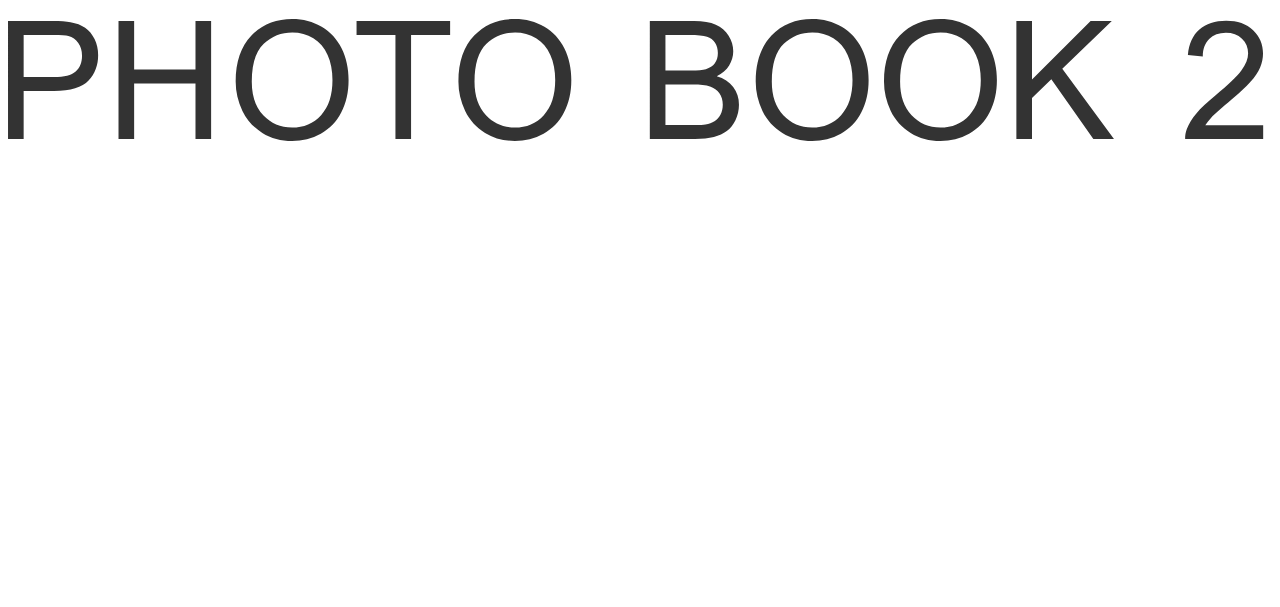
Repository: Fuki-san/photo-book-2
Page: http://localhost/photobook
An editor plug-in stored every save of this project. The page is shown before and after a run of saves, followed by the edit.
The browser window is 1280 px wide. The pictures show the whole page.
The page is served by the project's Laravel application, run on PHP 8.4 with Laravel 10. Other server files are loaded and not shown.

Above is the page before, as saved 2023-11-29 19:42:00.

### routes/web.php
<?php

use Illuminate\Support\Facades\Route;

/*
|--------------------------------------------------------------------------
| Web Routes
|--------------------------------------------------------------------------
|
| Here is where you can register web routes for your application. These
| routes are loaded by the RouteServiceProvider and all of them will
| be assigned to the "web" middleware group. Make something great!
|
*/

Route::get('/', function () {
    return view('welcome');
});

Route::get('photobook', function() {
    return view('photobook');
})->name('photobook');

### resources/views/photobook.blade.php
@extends('layouts.main')

@section('title', 'photobook')

@section('content')
    <div class="container">
        <header id="header">
            <h1 class="site-title"><a href="#"><img src="img/logo.svg" alt=""></a></h1>
        </header>

        <main>
            <div id="mainvisual">
                <img src="img/" alt="">
            </div>
        </main>

        <footer id="footer"></footer>

    </div>
@endsection

### resources/views/layouts/main.blade.php
<!DOCTYPE html>
<html lang="ja">
<head>
    <meta charset="UTF-8">
    <meta name="viewport" content="width=device-width, initial-scale=1.0">
    <meta http-equiv="X-UA-Compatible" content="ie=edge">
    <link rel="stylesheet" href="{{ asset('css/reset.css') }}">
    <link rel="stylesheet" href="{{ asset('css/style.css') }}">
    <link rel="icon" href="img/favicon.ico">
    <title>@yield('title')</title>
</head>
<body>
    @yield('content')
</body>
</html>

### public/css/style.css
@charset "utf-8";

html{
    font-size: 100%;
}
body{
    color: #333;
    font-size: 0.875rem;
}
img{
    max-width: 100%;
}

### public/img/logo.svg
<?xml version="1.0" encoding="utf-8"?>
<!-- Generator: Adobe Illustrator 15.1.0, SVG Export Plug-In . SVG Version: 6.00 Build 0)  -->
<!DOCTYPE svg PUBLIC "-//W3C//DTD SVG 1.1//EN" "http://www.w3.org/Graphics/SVG/1.1/DTD/svg11.dtd">
<svg version="1.1" id="レイヤー_1" xmlns="http://www.w3.org/2000/svg" xmlns:xlink="http://www.w3.org/1999/xlink" x="0px"
	 y="0px" width="1600px" height="156px" viewBox="0 0 1600 156" enable-background="new 0 0 1600 156" xml:space="preserve">
<g>
	<path fill="#333333" d="M0,152.092V2.65h56.373c9.92,0,17.498,0.477,22.731,1.428c7.34,1.223,13.49,3.552,18.451,6.982
		c4.96,3.433,8.953,8.241,11.978,14.425c3.022,6.185,4.536,12.98,4.536,20.387c0,12.709-4.043,23.463-12.129,32.264
		c-8.09,8.802-22.699,13.202-43.834,13.202h-38.33v60.754H0z M19.775,73.702h38.636c12.775,0,21.847-2.379,27.217-7.136
		c5.369-4.757,8.053-11.451,8.053-20.082c0-6.252-1.581-11.604-4.741-16.056c-3.16-4.45-7.324-7.391-12.487-8.817
		c-3.33-0.883-9.481-1.325-18.452-1.325H19.775V73.702z"/>
	<path fill="#333333" d="M139.859,152.092V2.65h19.776v61.367h77.677V2.65h19.775v149.441h-19.775V81.652h-77.677v70.439H139.859z"
		/>
	<path fill="#333333" d="M288.174,79.309c0-24.805,6.66-44.224,19.98-58.258C321.473,7.019,338.667,0,359.735,0
		c13.795,0,26.232,3.298,37.309,9.889c11.076,6.593,19.521,15.784,25.332,27.574c5.811,11.791,8.716,25.163,8.716,40.112
		c0,15.155-3.059,28.713-9.175,40.674c-6.116,11.961-14.781,21.016-25.993,27.166c-11.214,6.15-23.311,9.226-36.291,9.226
		c-14.067,0-26.641-3.398-37.717-10.194c-11.079-6.794-19.471-16.071-25.179-27.829C291.029,104.86,288.174,92.425,288.174,79.309z
		 M308.562,79.614c0,18.01,4.843,32.197,14.527,42.559c9.684,10.364,21.831,15.546,36.442,15.546
		c14.884,0,27.131-5.231,36.75-15.699c9.615-10.464,14.423-25.313,14.423-44.546c0-12.165-2.057-22.784-6.167-31.856
		c-4.112-9.071-10.126-16.106-18.043-21.101c-7.917-4.995-16.804-7.493-26.656-7.493c-14,0-26.046,4.81-36.137,14.425
		C313.608,41.065,308.562,57.121,308.562,79.614z"/>
	<path fill="#333333" d="M490.425,152.092V20.286h-49.237V2.65h118.451v17.636h-49.439v131.806H490.425z"/>
	<path fill="#333333" d="M570.14,79.309c0-24.805,6.658-44.224,19.979-58.258C603.438,7.019,620.632,0,641.7,0
		c13.794,0,26.23,3.298,37.309,9.889c11.076,6.593,19.522,15.784,25.331,27.574c5.813,11.791,8.717,25.163,8.717,40.112
		c0,15.155-3.059,28.713-9.176,40.674c-6.114,11.961-14.779,21.016-25.992,27.166s-23.311,9.226-36.291,9.226
		c-14.068,0-26.641-3.398-37.717-10.194c-11.078-6.794-19.47-16.071-25.179-27.829C572.994,104.86,570.14,92.425,570.14,79.309z
		 M590.526,79.614c0,18.01,4.843,32.197,14.527,42.559c9.685,10.364,21.83,15.546,36.442,15.546
		c14.883,0,27.132-5.231,36.748-15.699c9.615-10.464,14.424-25.313,14.424-44.546c0-12.165-2.057-22.784-6.166-31.856
		c-4.113-9.071-10.127-16.106-18.043-21.101c-7.918-4.995-16.804-7.493-26.658-7.493c-14,0-26.044,4.81-36.136,14.425
		C595.572,41.065,590.526,57.121,590.526,79.614z"/>
	<path fill="#333333" d="M812.43,152.092V2.65h56.066c11.416,0,20.573,1.514,27.472,4.537c6.896,3.024,12.3,7.68,16.209,13.966
		c3.907,6.286,5.861,12.861,5.861,19.724c0,6.39-1.732,12.404-5.198,18.044c-3.467,5.641-8.7,10.193-15.7,13.659
		c9.039,2.65,15.987,7.172,20.848,13.558c4.857,6.389,7.289,13.933,7.289,22.631c0,7-1.479,13.506-4.435,19.521
		c-2.957,6.016-6.612,10.652-10.958,13.915c-4.352,3.261-9.806,5.726-16.363,7.391c-6.558,1.666-14.593,2.497-24.106,2.497H812.43z
		 M832.206,65.444h32.313c8.768,0,15.053-0.576,18.859-1.733c5.027-1.493,8.818-3.975,11.366-7.439
		c2.548-3.468,3.822-7.815,3.822-13.049c0-4.961-1.188-9.328-3.567-13.099c-2.38-3.773-5.776-6.354-10.192-7.748
		c-4.419-1.393-11.997-2.09-22.733-2.09h-29.868V65.444z M832.206,134.457h37.208c6.386,0,10.872-0.237,13.455-0.715
		c4.552-0.814,8.358-2.173,11.417-4.077c3.058-1.901,5.571-4.672,7.544-8.308c1.971-3.634,2.956-7.832,2.956-12.589
		c0-5.571-1.428-10.414-4.281-14.526c-2.854-4.111-6.814-6.999-11.876-8.665c-5.063-1.664-12.354-2.497-21.865-2.497h-34.558
		V134.457z"/>
	<path fill="#333333" d="M946.479,79.309c0-24.805,6.659-44.224,19.979-58.258C979.776,7.019,996.972,0,1018.039,0
		c13.794,0,26.23,3.298,37.309,9.889c11.077,6.593,19.521,15.784,25.331,27.574c5.812,11.791,8.717,25.163,8.717,40.112
		c0,15.155-3.058,28.713-9.175,40.674s-14.781,21.016-25.994,27.166s-23.311,9.226-36.29,9.226
		c-14.068,0-26.641-3.398-37.717-10.194c-11.078-6.794-19.47-16.071-25.18-27.829C949.332,104.86,946.479,92.425,946.479,79.309z
		 M966.865,79.614c0,18.01,4.842,32.197,14.526,42.559c9.685,10.364,21.83,15.546,36.442,15.546
		c14.884,0,27.133-5.231,36.749-15.699c9.615-10.464,14.424-25.313,14.424-44.546c0-12.165-2.057-22.784-6.166-31.856
		c-4.113-9.071-10.127-16.106-18.044-21.101c-7.917-4.995-16.803-7.493-26.657-7.493c-14.001,0-26.044,4.81-36.136,14.425
		C971.91,41.065,966.865,57.121,966.865,79.614z"/>
	<path fill="#333333" d="M1108.865,79.309c0-24.805,6.66-44.224,19.979-58.258C1142.163,7.019,1159.357,0,1180.426,0
		c13.794,0,26.23,3.298,37.31,9.889c11.076,6.593,19.521,15.784,25.332,27.574c5.811,11.791,8.715,25.163,8.715,40.112
		c0,15.155-3.059,28.713-9.175,40.674c-6.115,11.961-14.779,21.016-25.993,27.166s-23.312,9.226-36.29,9.226
		c-14.068,0-26.642-3.398-37.719-10.194c-11.078-6.794-19.469-16.071-25.177-27.829
		C1111.719,104.86,1108.865,92.425,1108.865,79.309z M1129.254,79.614c0,18.01,4.842,32.197,14.525,42.559
		c9.684,10.364,21.831,15.546,36.442,15.546c14.882,0,27.131-5.231,36.749-15.699c9.615-10.464,14.424-25.313,14.424-44.546
		c0-12.165-2.057-22.784-6.167-31.856c-4.113-9.071-10.127-16.106-18.043-21.101c-7.917-4.995-16.804-7.493-26.658-7.493
		c-13.999,0-26.044,4.81-36.135,14.425C1134.298,41.065,1129.254,57.121,1129.254,79.614z"/>
	<path fill="#333333" d="M1276.45,152.092V2.65h19.776V76.76l74.211-74.109h26.81l-62.691,60.552l65.444,88.89h-26.096
		l-53.213-75.638l-24.465,23.854v51.784H1276.45z"/>
</g>
<path fill="#333333" d="M1588.863,134.712v17.636h-98.777c-0.138-4.417,0.575-8.665,2.14-12.743
	c2.514-6.728,6.54-13.354,12.079-19.878c5.539-6.523,13.541-14.067,24.008-22.63c16.242-13.319,27.218-23.87,32.926-31.652
	c5.709-7.78,8.563-15.138,8.563-22.069c0-7.271-2.601-13.405-7.799-18.4c-5.199-4.995-11.978-7.492-20.337-7.492
	c-8.835,0-15.902,2.65-21.203,7.951s-7.986,12.641-8.053,22.019l-18.859-1.937c1.29-14.067,6.149-24.787,14.577-32.162
	c8.427-7.373,19.741-11.061,33.946-11.061c14.338,0,25.688,3.976,34.048,11.927c8.358,7.951,12.538,17.807,12.538,29.563
	c0,5.981-1.224,11.86-3.67,17.636c-2.446,5.776-6.508,11.86-12.182,18.247c-5.676,6.389-15.104,15.155-28.288,26.3
	c-11.009,9.243-18.078,15.513-21.203,18.808c-3.127,3.298-5.708,6.61-7.747,9.939H1588.863z"/>
</svg>

After the next 2 saves:
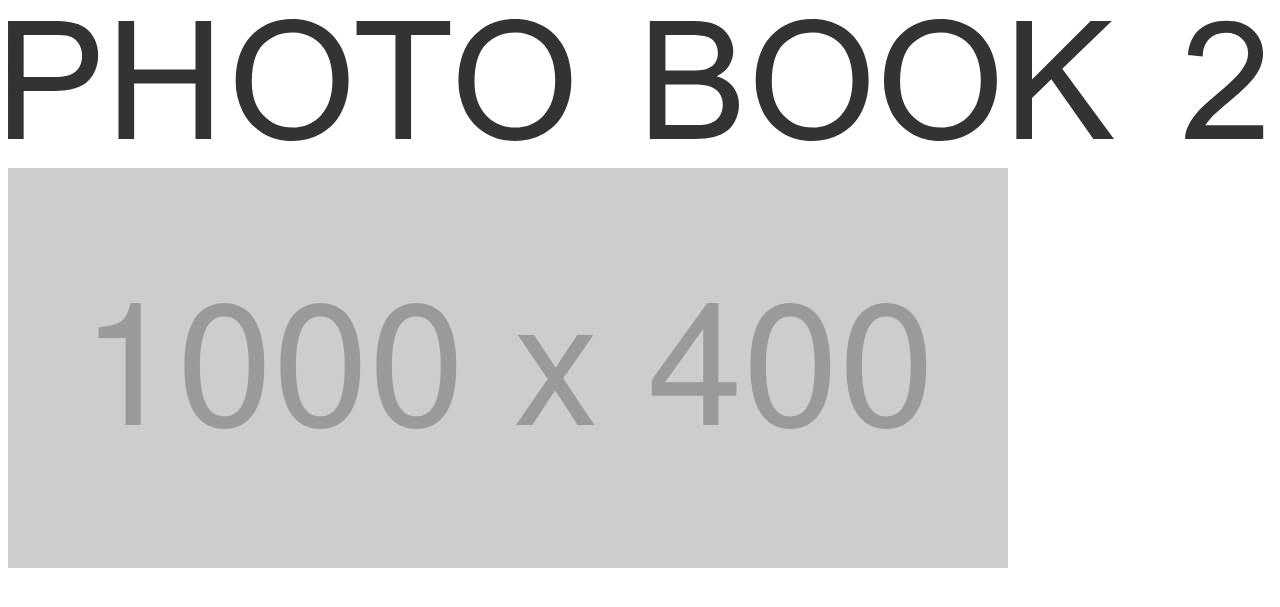
The 2 saves are shown as one change because they came seconds apart.
The last was saved 7 s later.
--- a/resources/views/photobook.blade.php
+++ b/resources/views/photobook.blade.php
@@ -10,8 +10,9 @@
 
         <main>
             <div id="mainvisual">
-                <img src="img/" alt="">
+                <img src="img/mainvisual.jpg" alt="">
             </div>
+
         </main>
 
         <footer id="footer"></footer>
